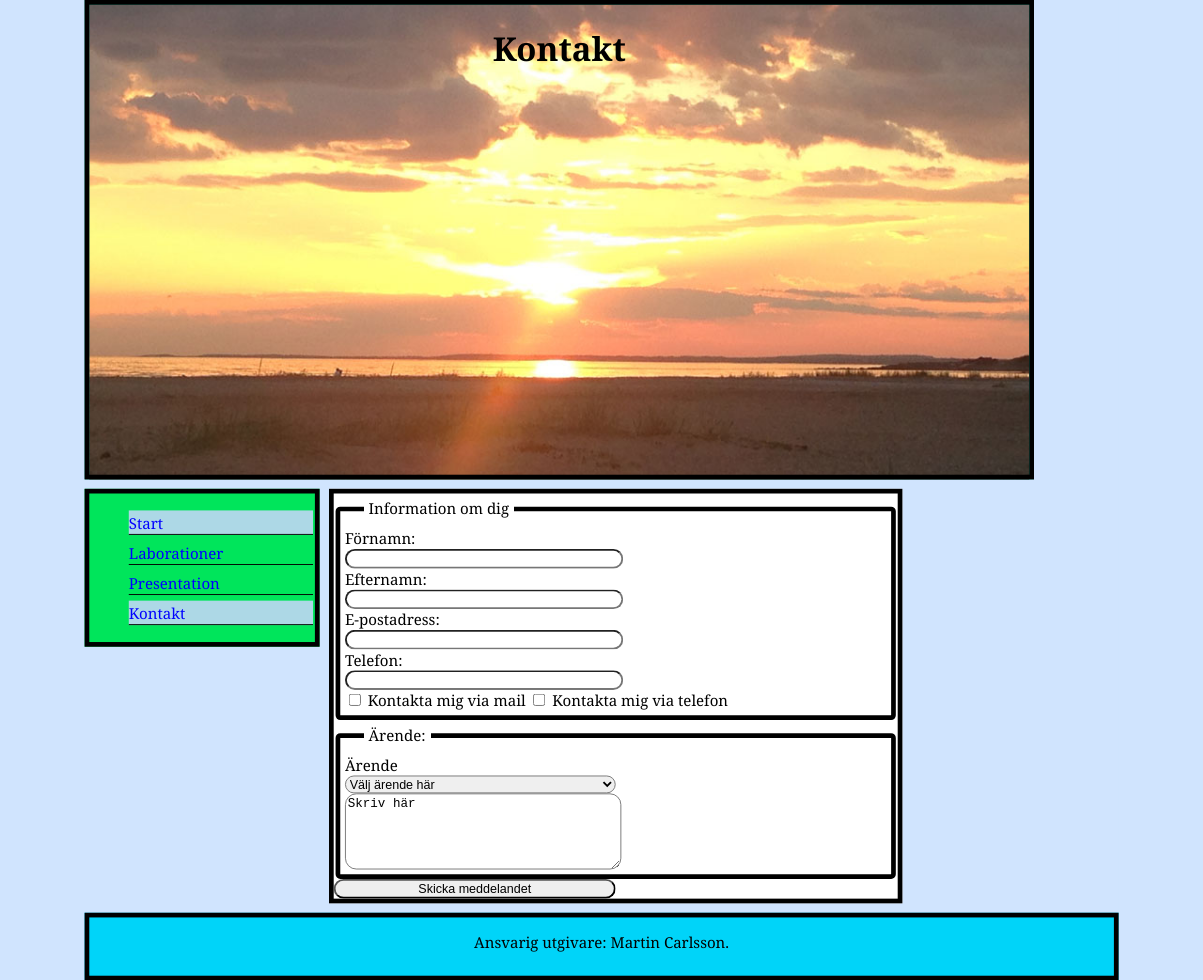
Repository: Martin-Carlsson85/HTML-och-CSS
Page: pages/kontakt.html
The author's editor kept a record of every edit. The page is drawn from the files as they stood at one moment, then again after the next edit.
The browser window is 1280 px wide. The pictures show the whole page, at 94% of full size.

Above is the page before.

After the next edit:
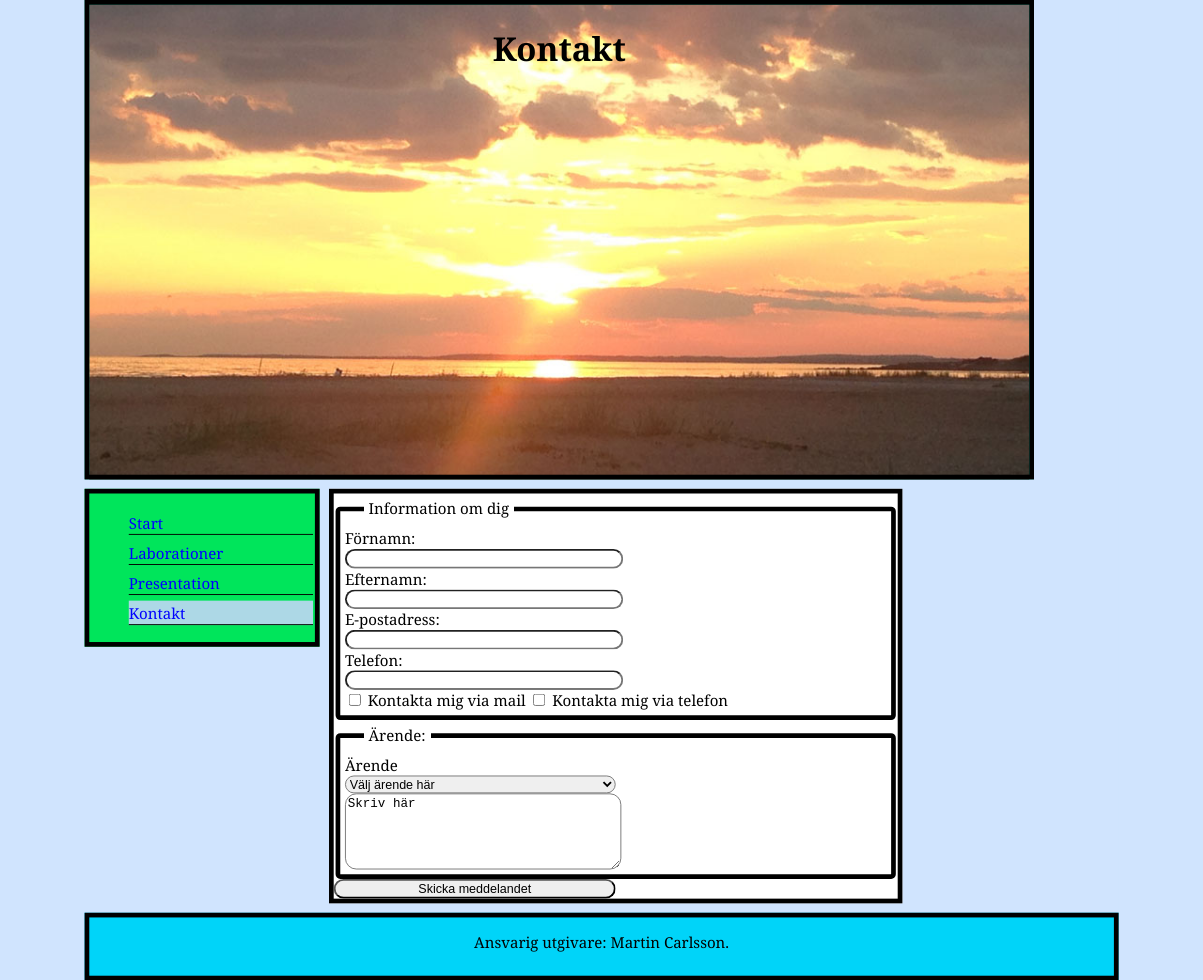
The edit:
--- a/pages/kontakt.html
+++ b/pages/kontakt.html
@@ -20,7 +20,7 @@
          <div class="navigation">
 
         <ul>
-            <li><a href="../index.html" class="active">Start</a></li>
+            <li><a href="../index.html">Start</a></li>
 
             <li><a href="laborationer.html">Laborationer</a></li>
 
